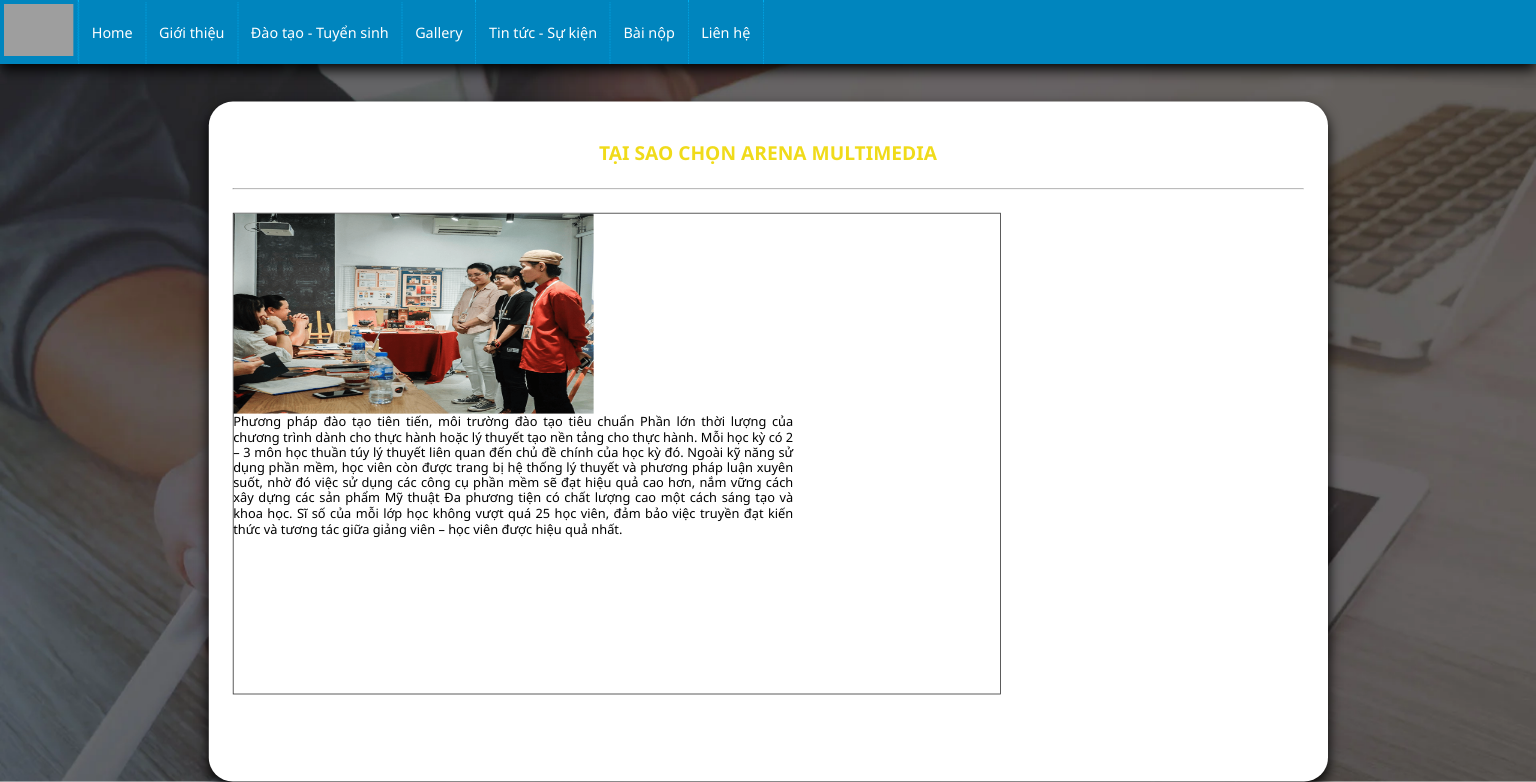
Repository: arena-dttan/dcw-final-exam-d2107m1
Page: final-list/DCW_Final_5_Nguyen-Thi-Thu-Huong_D2107M1/gioi-thieu.html
An editor plug-in stored every save of this project. The page is shown before and after the next save, followed by the edit.
The browser window is 1280 px wide. The page is 1920 px wide, so the pictures cover 1920 px, including what lies to the right of the window. The pictures show the whole page, at 80% of full size.
Pictures or frames that could not be fetched are drawn as grey boxes.

Above is the page before, as saved 2022-06-26 15:16:05.

### final-list/DCW_Final_5_Nguyen-Thi-Thu-Huong_D2107M1/gioi-thieu.html
<!DOCTYPE html>
<html>
<head>
    <meta charset="UTF-8">
    <link rel="stylesheet" href="index.css">
    <link rel="icon" href="./images/favicon.ico" />

</head>
<head>
    <!-- Các meta (siêu dữ liệu) -->
    <meta http-equiv="Content-Type" content="text/html; charset=utf-8" />

    <!-- Tiêu đề hiển thị trên thanh địa chỉ trình duyệt -->
    <title>Arena Mutimedia</title>

    <!-- icon trên thanh địa chỉ trình duyệt -->
    <link rel="icon" href="./images/favicon.ico" />

    <!-- Sử dụng font google -->
    <link rel="preconnect" href="https://fonts.googleapis.com">
    <link rel="preconnect" href="https://fonts.gstatic.com" crossorigin>
    <link href="https://fonts.googleapis.com/css2?family=Roboto:wght@100&display=swap" rel="stylesheet">

    <!-- external css -->
    <link rel="stylesheet" href="./css/style.css">
    <link rel="stylesheet" href="./css/menu.css">
    <link rel="stylesheet" href="./index.css">
</head>
<body id="container">
    <div id="main-menu">
        <ul class="menu">
            <li ><img style="height: 65px; margin: 5px;;" src="images/logo.webp" alt="logo"> </li>
            <li class="home">
            <a href="./index.html"> Home</a>
            </li>
            <li>
            <a href="./gioi-thieu.html"> Giới thiệu</a>
            </li>
            <li class="dropdown">
            <a class="dropdown-btn"> Đào tạo - Tuyển sinh</a>
            <div class="dropdown-content">
                <a href="./chuong-trinh-dao-tao.html">Đào tạo</a>
                <a href="./tuyen-sinh.html">Tuyển sinh</a>
            </div>
            <li>
                <a href="./gallery.html"> Gallery</a>
            </li>
            <li>
                <a href="./tin-tuc.html"> Tin tức - Sự kiện</a>
            </li>
            <li>
                <a href="./final-exam-list.html">Bài nộp</a>
            </li>

            <li>
                <a href="#">Liên hệ</a>
            </li>
            </li>
        </ul>
        <!-- id main content -->
         <div id="main-content">
            <div id="box-container">
                <div class="content">
                    <h2 style="color:rgb(240, 219, 26);">TẠI SAO CHỌN ARENA MULTIMEDIA</h2>
                    <br>
                    <hr>
                    <br>
                    <div class="img-test">
                        <img src="./images/gioi-thieu-1.png" alt="gioi-thieu-1">
                        <P>
                        Phương pháp đào tạo tiên tiến, môi trường đào tạo tiêu chuẩn
                        Phần lớn thời lượng của chương trình dành cho thực hành hoặc lý thuyết
                        tạo nền tảng cho thực hành. Mỗi học kỳ có 2 – 3 môn học thuần túy lý thuyết
                        liên quan đến chủ đề chính của học kỳ đó. Ngoài kỹ năng sử dụng phần
                        mềm, học viên còn được trang bị hệ thống lý thuyết và phương pháp luận
                        xuyên suốt, nhờ đó việc sử dụng các công cụ phần mềm sẽ đạt hiệu quả cao
                        hơn, nắm vững cách xây dựng các sản phẩm Mỹ thuật Đa phương tiện có
                        chất lượng cao một cách sáng tạo và khoa học.
                        Sĩ số của mỗi lớp học không vượt quá 25 học viên, đảm bảo việc truyền đạt
                        kiến thức và tương tác giữa giảng viên – học viên được hiệu quả nhất.</P></div>
                </div>
            </div>

        </div>
    </div>
</body>
</html>

### final-list/DCW_Final_5_Nguyen-Thi-Thu-Huong_D2107M1/index.css
/* Sử dụng cho định dạng main menu */
body, html {
    height: 100%;
    width: 1920px;
    background-image: url('images/head-bg.webp'); width: 1920px; height: 100%; background-repeat: no-repeat;
    font-family: 'Segoe UI';
}
* {
    margin: 0;
    padding: 0;
    box-sizing: border-box;
}
body {
    position: absolute;
}
#container {
    width: 1920px;
    height: 100%;
    justify-content: center;
    display: inline-block;
    margin: 0;
    padding: 0;
    display: inline-block;
}
#main-menu {
    max-width: 1920px;
    height: 100px;
    margin: 0;
    padding: 0;
}
.menu {
    height: 80px;
    line-height: 80px;
    text-align: center;
    justify-content: center;
    display: inline-block;
}
ul {
    list-style-type: none;
    overflow: hidden;
    background-color: #0085be;
    width: 100%;
    box-shadow: 0 8px 16px 0 rgba(0, 0, 0, 2);
    display: inline-block;
}
.home {
    border-left: 0.01em dotted #00aeef;
}
li {
    float: left;
    border-right: 0.01em dotted #00aeef;
    font-size: 18px;
}

li.dropdown {
    display: inline-block;
    min-width: 100px;
}

li a:hover,
.dropdown:hover {
    background: #00aeef;
}

li a,
.dropdown-btn {
    display: inline-block;
    color: white;
    text-align: center;
    padding: 0 16px;
    text-decoration: none;
}
.dropdown-content {
    display: none;
    position: absolute;
    background: #F8C800;
    background: #0085be;
    min-width: 200px;
    border-bottom: 0.01em dotted #00aeef;
    box-shadow: 0 8px 16px 0 rgba(0, 0, 0, 2);
    z-index: 1;
    top: 80px;
    transition: all .3s ease-in-out;
}
.dropdown-content a {
    color: white;
    padding: 10px 16px;
    text-decoration: none;
    display: block;
    text-align: center;
    line-height: 2;
}
.dropdown-content a:hover {
    background: #00aeef;
}
.dropdown:hover .dropdown-content {
    display: block;
}

.text {
    margin-left: 40px;
    padding-top: 150px;
}
.button {

    font-size: 18px;
    width: 150px;
    height: 50px;
    background: #F8C800;
    border-radius: 40px;
    color: white;
    margin-top: 10px;
    margin-left: 70px;
}
#main-content {
    width: 1920px;
    height: 100%;
    margin: 0;
    padding: 0;
    display: inline-block;
    align-items: center;
    justify-content: center;

}
#box-container {
    background-color: rgb(255, 255, 255);
    box-shadow: 0 8px 16px 0 rgba(0, 0, 0, 2);
    margin-top: 43px;
    background-color: rgb(255, 255, 255);
    box-shadow: 0 8px 16px 0 rgb(0 0 0);
    width: 1399px;
    height: 850px;
    border-radius: 55px;
    margin-left: auto;
    margin-right: auto;
    border-radius: 30px;

}
.content {
    margin: 30px;
    padding-top: 50px;
}
h2 {
    text-align: center;
}
.img-test {
    float: left;
    display: inline-block;
    width: 960px;
    border: 1px solid #333;
}
p {
    width: 700px;
    height: 350px;
    text-align: justify;
}

### final-list/DCW_Final_5_Nguyen-Thi-Thu-Huong_D2107M1/css/style.css
html {
    box-sizing: border-box;
    width: 100%;
    height: 100%;
}

body {
    width: 100%;
    height: 100%;
    background: url("../images/head-bg.webp");
    font-size: 16px;
    font-family: 'Segoe UI', Tahoma, Geneva, Verdana, sans-serif;
    line-height: 1.2;
}

* {
    margin: 0;
    padding: 0;
}

*,
*:before,
*:after {
    box-sizing: border-box;
}

input,
textarea,
select,
button {
    outline: none;
}

input {
    line-height: normal;
}

label,
button {
    cursor: pointer;
}

a {
    text-decoration: none;
}

img {
    display: block;
    max-width: 100%;
}

#container {
    width: 100%;
    height: 100%;
    text-align: center;
}

#logo {
    float: left;
}

#logo img {
    width: 130px;
    padding: 10px;
}

#header {
    background: #0085be;
    box-shadow: 0 8px 16px 0 rgba(0, 0, 0, 2);
}

#banner img {
    height: 500px;
    width: 100%;
}

#content-index {
    margin: 100px 10px 10px 50px;
}

.btn {
    width: 150px;
    height: 40px;
    line-height: 40px;
    background: #F8C800;
    display: block;
    text-align: center;
    text-transform: uppercase;
    font-weight: bold;
    border-radius: 2em;
    -webkit-border-radius: 2em;
    -moz-border-radius: 2em;
    -ms-border-radius: 2em;
    -o-border-radius: 2em;
    margin: 20px 50px;
}

.btn a {
    color: white;
}

#main-content {
    background: none;
    min-height: 400px;
    margin: 40px;
}

#main-page {
    background: white;
    color: black;
    border: 1px solid blue;
    border-radius: 3em;
    width: 80%;
    min-height: 400px;
    padding: 20px;
    display: inline-block;
    box-sizing: border-box;
    margin-bottom: 40px;
}

.content img {
    width: 450px;
    height: 250px;
}

.text-uppercase {
    text-transform: uppercase;
}

.main-title {
    color: #F8C800;
    font-size: 30px;
    font-weight: 700 !important;
    margin: 30px 0;
}

.normal-list {
    list-style-type: disc;
    margin: 10px;
    padding: 10px;
    overflow: visible;
    background: none;
}

.normal-list li {
    clear: both;
}

h4 {
    text-align: left;
    font-size: 20px;
}

h3 {
    padding-bottom: 20px;
}

hr {
    margin: 10px 0;
}

p {
    text-align: justify;
}

### final-list/DCW_Final_5_Nguyen-Thi-Thu-Huong_D2107M1/css/menu.css
/* Sử dụng cho định dạng main menu */

.menu {
    height: 80px;
    line-height: 80px;
}

.home {
    border-left: 0.01em dotted #00aeef;
}

ul {
    list-style-type: none;
    margin: 0;
    padding: 0;
    overflow: hidden;
    /* background: #F8C800; */
    background: #0085be;
    /* box-shadow: 0 8px 16px 0 rgba(0, 0, 0, 2); */
}

li {
    float: left;
    border-right: 0.01em dotted #00aeef;
    font-size: 18px;
}

li.dropdown {
    display: inline-block;
    min-width: 100px;
}

li a:hover,
.dropdown:hover {
    background: #00aeef;
}

li a,
.dropdown-btn {
    display: inline-block;
    color: white;
    text-align: center;
    padding: 0 16px;
    text-decoration: none;
}

.dropdown-content {
    display: none;
    position: absolute;
    /*background: #F8C800;
    */
    background: #0085be;
    min-width: 200px;
    border-bottom: 0.01em dotted #00aeef;
    box-shadow: 0 8px 16px 0 rgba(0, 0, 0, 2);
    z-index: 1;
    top: 80px;
    transition: all .3s ease-in-out;
}

.dropdown-content a {
    color: white;
    padding: 10px 16px;
    text-decoration: none;
    display: block;
    text-align: center;
    line-height: 2;
}

.dropdown-content a:hover {
    background: #00aeef;
}

.dropdown:hover .dropdown-content {
    display: block;
}

After the next save:
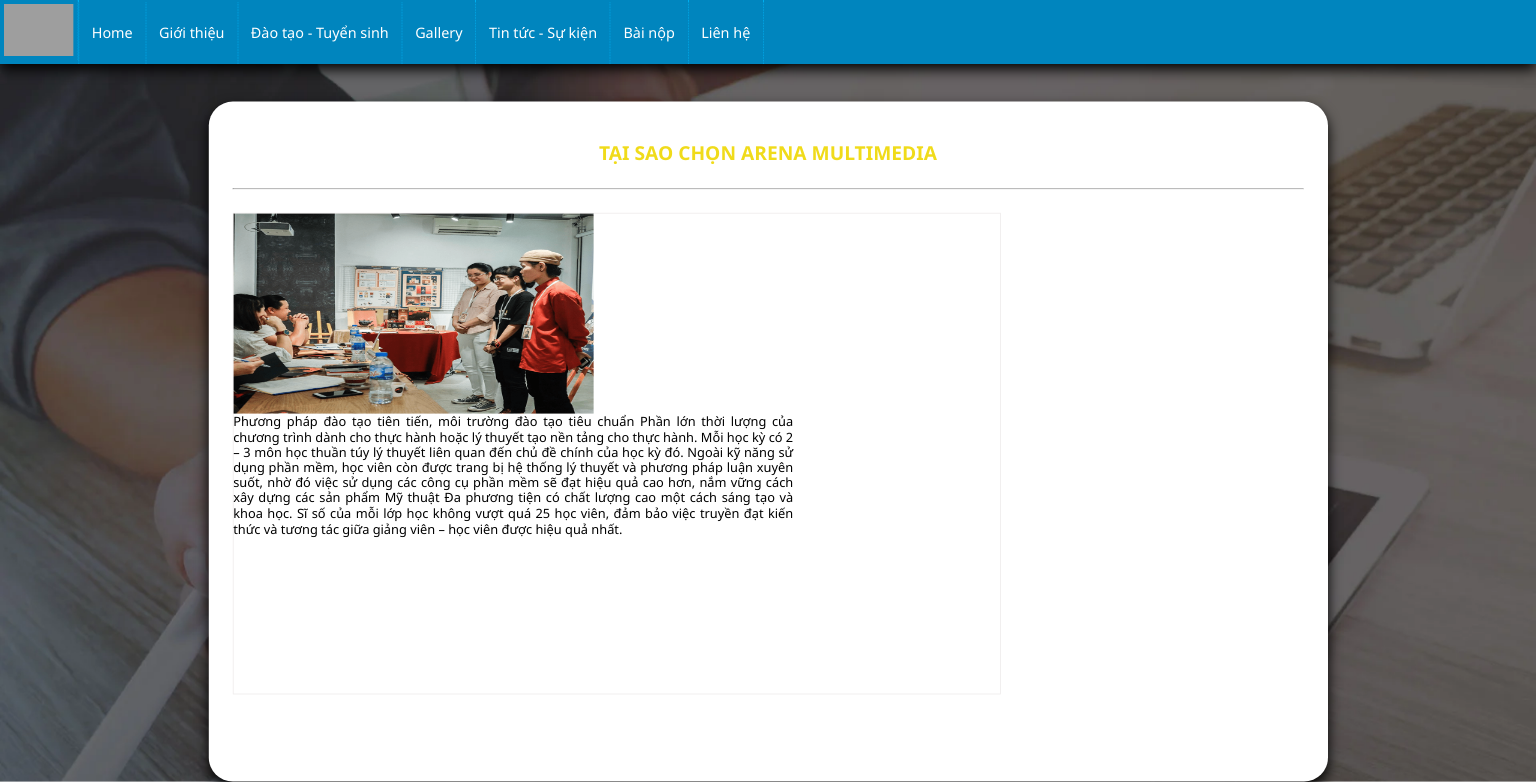
Saved 15 s later.
--- a/final-list/DCW_Final_5_Nguyen-Thi-Thu-Huong_D2107M1/index.css
+++ b/final-list/DCW_Final_5_Nguyen-Thi-Thu-Huong_D2107M1/index.css
@@ -147,7 +147,7 @@
     float: left;
     display: inline-block;
     width: 960px;
-    border: 1px solid #333;
+    border: 1px solid rgb(238, 235, 235);
 }
 p {
     width: 700px;
